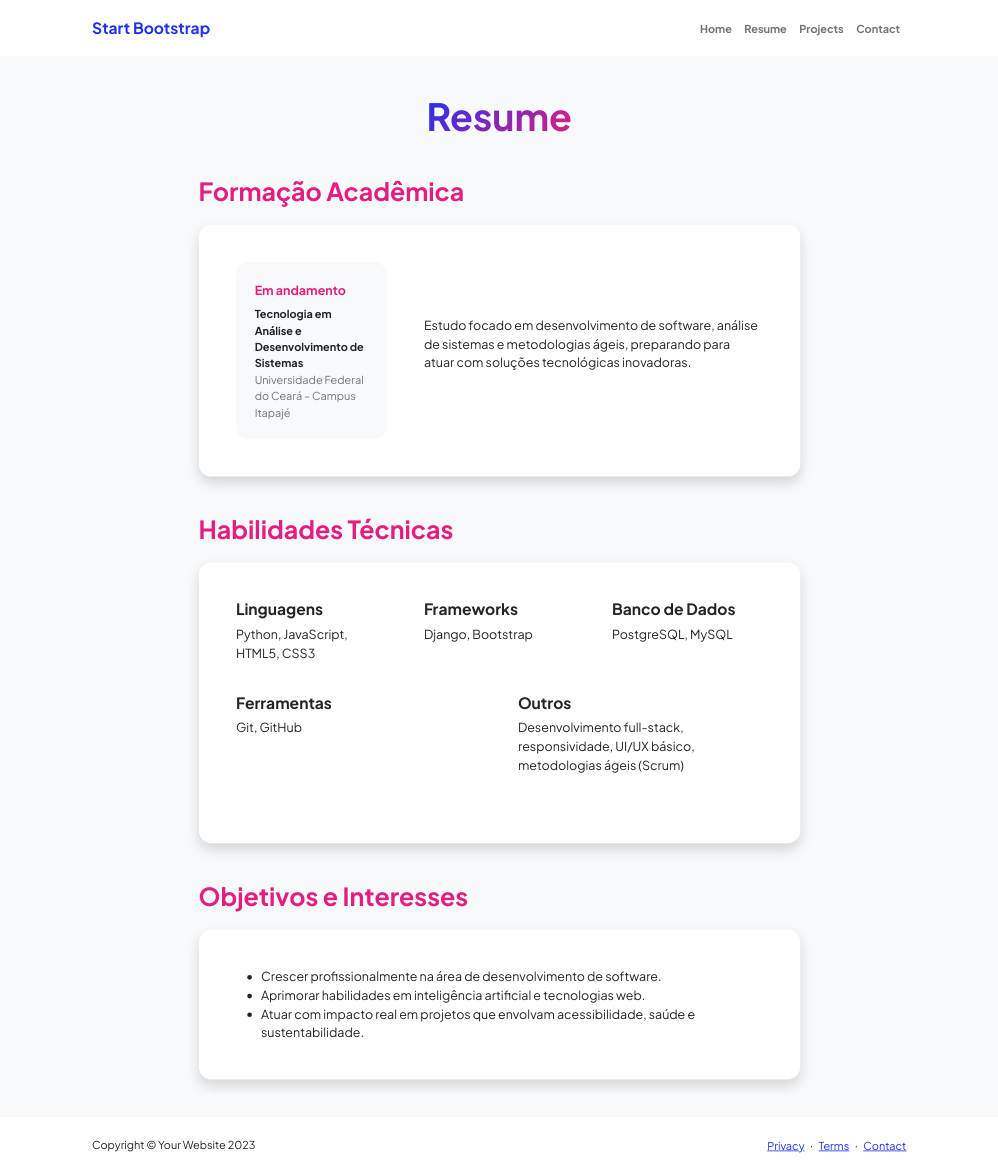
Repository: Suziane90/Portifolio
Page: resume.html
An editor plug-in stored every save of this project. The page is shown before and after the next save, followed by the edit.
The browser window is 1280 px wide. The pictures show the whole page, at 78% of full size.

Above is the page before, as saved 2025-07-23 22:35:01.

### resume.html
<!DOCTYPE html>
<html lang="en">
<head>
    <meta charset="utf-8" />
    <meta name="viewport" content="width=device-width, initial-scale=1, shrink-to-fit=no" />
    <meta name="description" content="" />
    <meta name="author" content="" />
    <title>Personal Resume - Start Bootstrap Template</title>
    <!-- Favicon-->
    <link rel="icon" type="image/x-icon" href="assets/favicon.ico" />
    <!-- Custom Google font-->
    <link rel="preconnect" href="https://fonts.googleapis.com" />
    <link rel="preconnect" href="https://fonts.gstatic.com" crossorigin />
    <link href="https://fonts.googleapis.com/css2?family=Plus+Jakarta+Sans:wght@100;200;300;400;500;600;700;800;900&amp;display=swap" rel="stylesheet" />
    <!-- Bootstrap icons-->
    <link href="https://cdn.jsdelivr.net/npm/bootstrap-icons@1.8.1/font/bootstrap-icons.css" rel="stylesheet" />
    <!-- Core theme CSS (includes Bootstrap)-->
    <link href="css/styles.css" rel="stylesheet" />
</head>
<body class="d-flex flex-column h-100 bg-light">
    <main class="flex-shrink-0">
        <!-- Navigation-->
        <nav class="navbar navbar-expand-lg navbar-light bg-white py-3">
            <div class="container px-5">
                <a class="navbar-brand" href="index.html"><span class="fw-bolder text-primary">Start Bootstrap</span></a>
                <button class="navbar-toggler" type="button" data-bs-toggle="collapse" data-bs-target="#navbarSupportedContent"
                        aria-controls="navbarSupportedContent" aria-expanded="false" aria-label="Toggle navigation"><span class="navbar-toggler-icon"></span></button>
                <div class="collapse navbar-collapse" id="navbarSupportedContent">
                    <ul class="navbar-nav ms-auto mb-2 mb-lg-0 small fw-bolder">
                        <li class="nav-item"><a class="nav-link" href="index.html">Home</a></li>
                        <li class="nav-item"><a class="nav-link" href="resume.html">Resume</a></li>
                        <li class="nav-item"><a class="nav-link" href="projects.html">Projects</a></li>
                        <li class="nav-item"><a class="nav-link" href="contact.html">Contact</a></li>
                    </ul>
                </div>
            </div>
        </nav>
        <!-- Page Content-->
        <div class="container px-5 my-5">
            <div class="text-center mb-5">
                <h1 class="display-5 fw-bolder mb-0"><span class="text-gradient d-inline">Resume</span></h1>
            </div>
            <div class="row gx-5 justify-content-center">
                <div class="col-lg-11 col-xl-9 col-xxl-8">

                    <!-- Formação Acadêmica -->
                    <section class="mb-5">
                        <h2 class="text-secondary fw-bolder mb-4">Formação Acadêmica</h2>
                        <div class="card shadow border-0 rounded-4">
                            <div class="card-body p-5">
                                <div class="row gx-5 align-items-center">
                                    <div class="col text-center text-lg-start mb-4 mb-lg-0">
                                        <div class="bg-light p-4 rounded-4">
                                            <div class="text-secondary fw-bolder mb-2">Em andamento</div>
                                            <div class="small fw-bolder">Tecnologia em Análise e Desenvolvimento de Sistemas</div>
                                            <div class="small text-muted">Universidade Federal do Ceará – Campus Itapajé</div>
                                        </div>
                                    </div>
                                    <div class="col-lg-8">
                                        <p>Estudo focado em desenvolvimento de software, análise de sistemas e metodologias ágeis, preparando para atuar com soluções tecnológicas inovadoras.</p>
                                    </div>
                                </div>
                            </div>
                        </div>
                    </section>

                    <!-- Habilidades Técnicas -->
                    <section class="mb-5">
                        <h2 class="text-secondary fw-bolder mb-4">Habilidades Técnicas</h2>
                        <div class="card shadow border-0 rounded-4">
                            <div class="card-body p-5">
                                <div class="row gx-5">
                                    <div class="col-md-4 mb-4">
                                        <h5 class="fw-bolder">Linguagens</h5>
                                        <p>Python, JavaScript, HTML5, CSS3</p>
                                    </div>
                                    <div class="col-md-4 mb-4">
                                        <h5 class="fw-bolder">Frameworks</h5>
                                        <p>Django, Bootstrap</p>
                                    </div>
                                    <div class="col-md-4 mb-4">
                                        <h5 class="fw-bolder">Banco de Dados</h5>
                                        <p>PostgreSQL, MySQL</p>
                                    </div>
                                    <div class="col-md-6 mb-4">
                                        <h5 class="fw-bolder">Ferramentas</h5>
                                        <p>Git, GitHub</p>
                                    </div>
                                    <div class="col-md-6 mb-4">
                                        <h5 class="fw-bolder">Outros</h5>
                                        <p>Desenvolvimento full-stack, responsividade, UI/UX básico, metodologias ágeis (Scrum)</p>
                                    </div>
                                </div>
                            </div>
                        </div>
                    </section>

                    <!-- Objetivos e Interesses -->
                    <section>
                        <h2 class="text-secondary fw-bolder mb-4">Objetivos e Interesses</h2>
                        <div class="card shadow border-0 rounded-4">
                            <div class="card-body p-5">
                                <ul class="mb-0">
                                    <li>Crescer profissionalmente na área de desenvolvimento de software.</li>
                                    <li>Aprimorar habilidades em inteligência artificial e tecnologias web.</li>
                                    <li>Atuar com impacto real em projetos que envolvam acessibilidade, saúde e sustentabilidade.</li>
                                </ul>
                            </div>
                        </div>
                    </section>

                </div>
            </div>
        </div>
    </main>
    <!-- Footer-->
    <footer class="bg-white py-4 mt-auto">
        <div class="container px-5">
            <div class="row align-items-center justify-content-between flex-column flex-sm-row">
                <div class="col-auto"><div class="small m-0">Copyright &copy; Your Website 2023</div></div>
                <div class="col-auto">
                    <a class="small" href="#!">Privacy</a>
                    <span class="mx-1">&middot;</span>
                    <a class="small" href="#!">Terms</a>
                    <span class="mx-1">&middot;</span>
                    <a class="small" href="#!">Contact</a>
                </div>
            </div>
        </div>
    </footer>
    <!-- Bootstrap core JS-->
    <script src="https://cdn.jsdelivr.net/npm/bootstrap@5.2.3/dist/js/bootstrap.bundle.min.js"></script>
    <!-- Core theme JS-->
    <script src="js/scripts.js"></script>
</body>
</html>

Loaded but not shown: css/styles.css (library); js/scripts.js (common file)

After the next save:
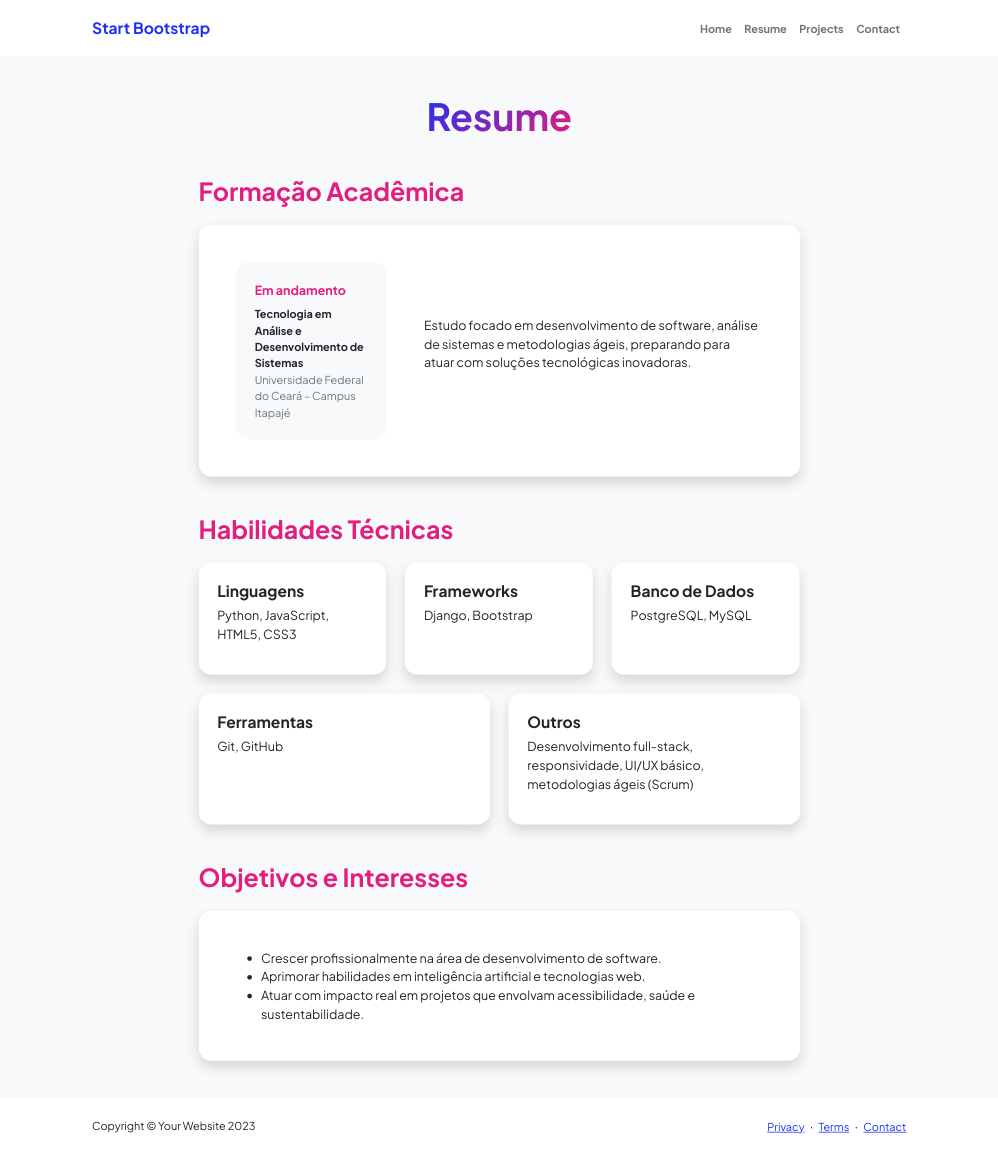
Saved 107 s later.
--- a/resume.html
+++ b/resume.html
@@ -66,34 +66,41 @@
 
                     <!-- Habilidades Técnicas -->
                     <section class="mb-5">
-                        <h2 class="text-secondary fw-bolder mb-4">Habilidades Técnicas</h2>
-                        <div class="card shadow border-0 rounded-4">
-                            <div class="card-body p-5">
-                                <div class="row gx-5">
-                                    <div class="col-md-4 mb-4">
-                                        <h5 class="fw-bolder">Linguagens</h5>
-                                        <p>Python, JavaScript, HTML5, CSS3</p>
-                                    </div>
-                                    <div class="col-md-4 mb-4">
-                                        <h5 class="fw-bolder">Frameworks</h5>
-                                        <p>Django, Bootstrap</p>
-                                    </div>
-                                    <div class="col-md-4 mb-4">
-                                        <h5 class="fw-bolder">Banco de Dados</h5>
-                                        <p>PostgreSQL, MySQL</p>
-                                    </div>
-                                    <div class="col-md-6 mb-4">
-                                        <h5 class="fw-bolder">Ferramentas</h5>
-                                        <p>Git, GitHub</p>
-                                    </div>
-                                    <div class="col-md-6 mb-4">
-                                        <h5 class="fw-bolder">Outros</h5>
-                                        <p>Desenvolvimento full-stack, responsividade, UI/UX básico, metodologias ágeis (Scrum)</p>
-                                    </div>
-                                </div>
-                            </div>
-                        </div>
-                    </section>
+  <h2 class="text-secondary fw-bolder mb-4">Habilidades Técnicas</h2>
+  <div class="row gx-4 gy-4">
+    <div class="col-md-4">
+      <div class="card shadow border-0 rounded-4 p-4 h-100">
+        <h5 class="fw-bolder">Linguagens</h5>
+        <p>Python, JavaScript, HTML5, CSS3</p>
+      </div>
+    </div>
+    <div class="col-md-4">
+      <div class="card shadow border-0 rounded-4 p-4 h-100">
+        <h5 class="fw-bolder">Frameworks</h5>
+        <p>Django, Bootstrap</p>
+      </div>
+    </div>
+    <div class="col-md-4">
+      <div class="card shadow border-0 rounded-4 p-4 h-100">
+        <h5 class="fw-bolder">Banco de Dados</h5>
+        <p>PostgreSQL, MySQL</p>
+      </div>
+    </div>
+    <div class="col-md-6">
+      <div class="card shadow border-0 rounded-4 p-4 h-100">
+        <h5 class="fw-bolder">Ferramentas</h5>
+        <p>Git, GitHub</p>
+      </div>
+    </div>
+    <div class="col-md-6">
+      <div class="card shadow border-0 rounded-4 p-4 h-100">
+        <h5 class="fw-bolder">Outros</h5>
+        <p>Desenvolvimento full-stack, responsividade, UI/UX básico, metodologias ágeis (Scrum)</p>
+      </div>
+    </div>
+  </div>
+</section>
+
 
                     <!-- Objetivos e Interesses -->
                     <section>
